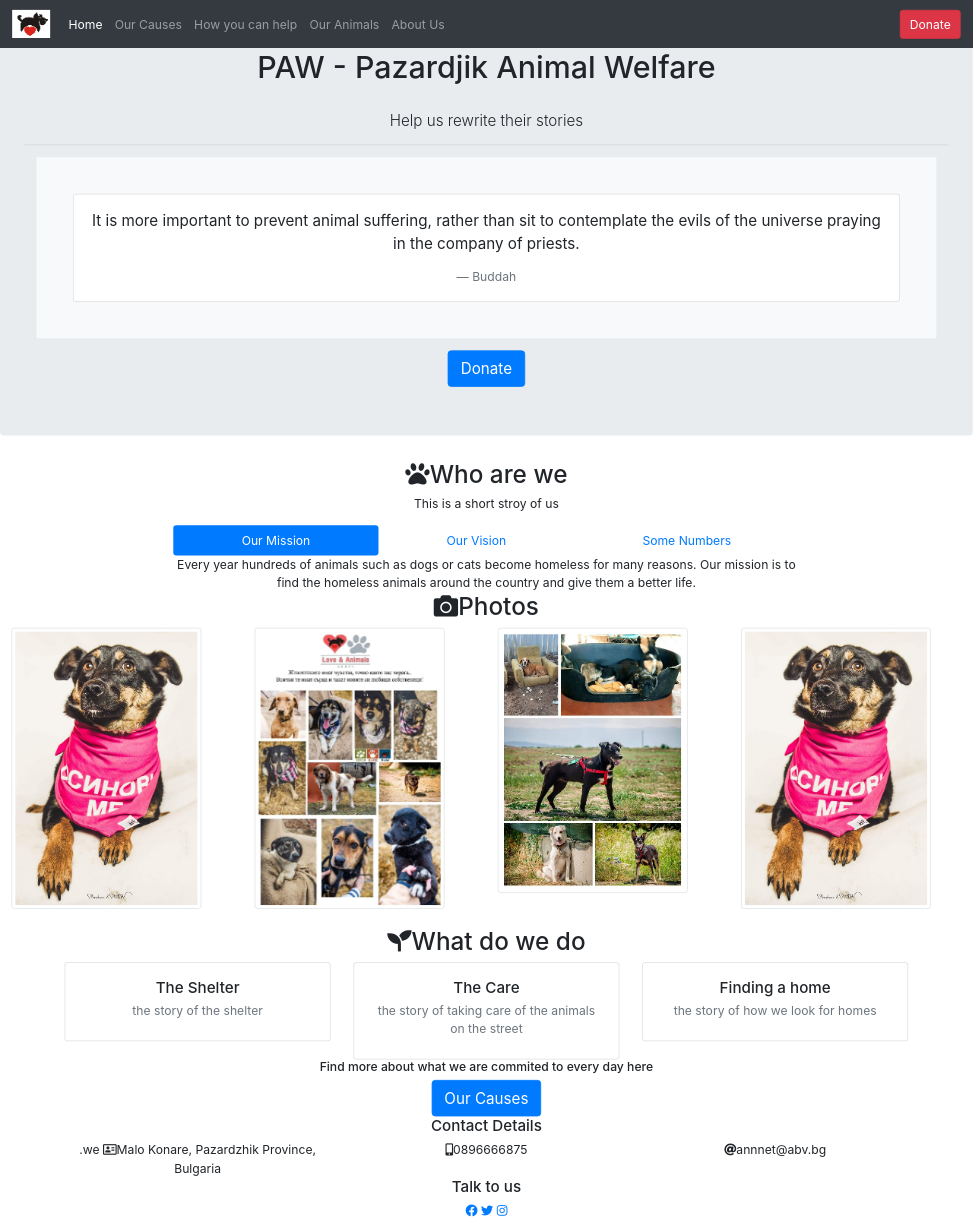
Repository: Naity17/PAW-first-website
Page: How-you-can-help.html
The author's editor kept a record of every edit. The page is drawn from the files as they stood at one moment, then again after the next edit.
The browser window is 1280 px wide. The pictures show the whole page, at 76% of full size.
Some web libraries are served in a nearby version.

Above is the page before.
Console error: TypeError: Cannot read properties of undefined (reading 'fn')

After the next edit:
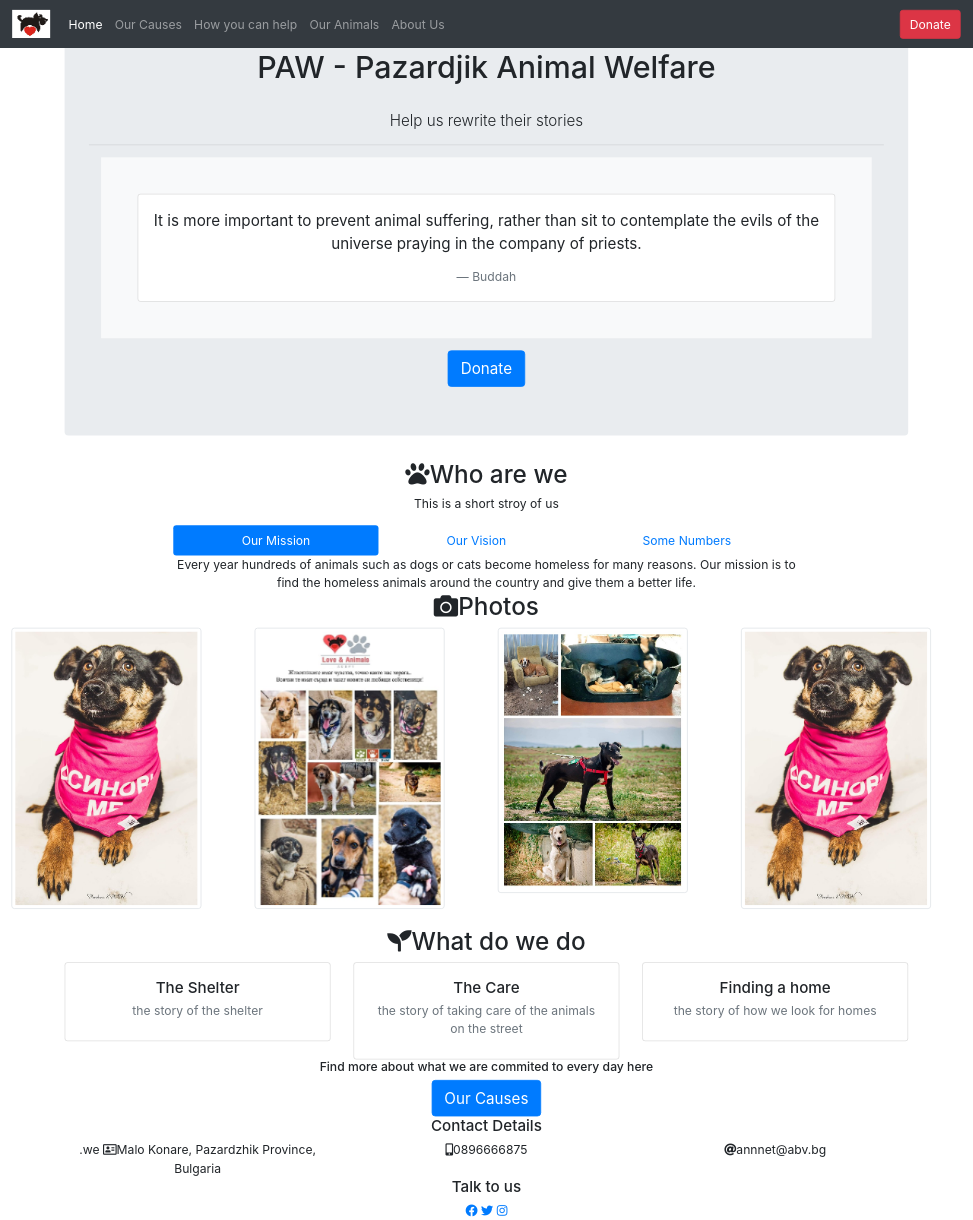
The edit:
--- a/How-you-can-help.html
+++ b/How-you-can-help.html
@@ -48,6 +48,7 @@
 
     <!-- ---------------Jumbotron-------------- -->
     <section class="main">
+        <div class="container main">
         <div class="jumbotron text-center">
             <div class="contaier-fluid">
                 <h1 class="uppercase">PAW - Pazardjik Animal Welfare</h1>
